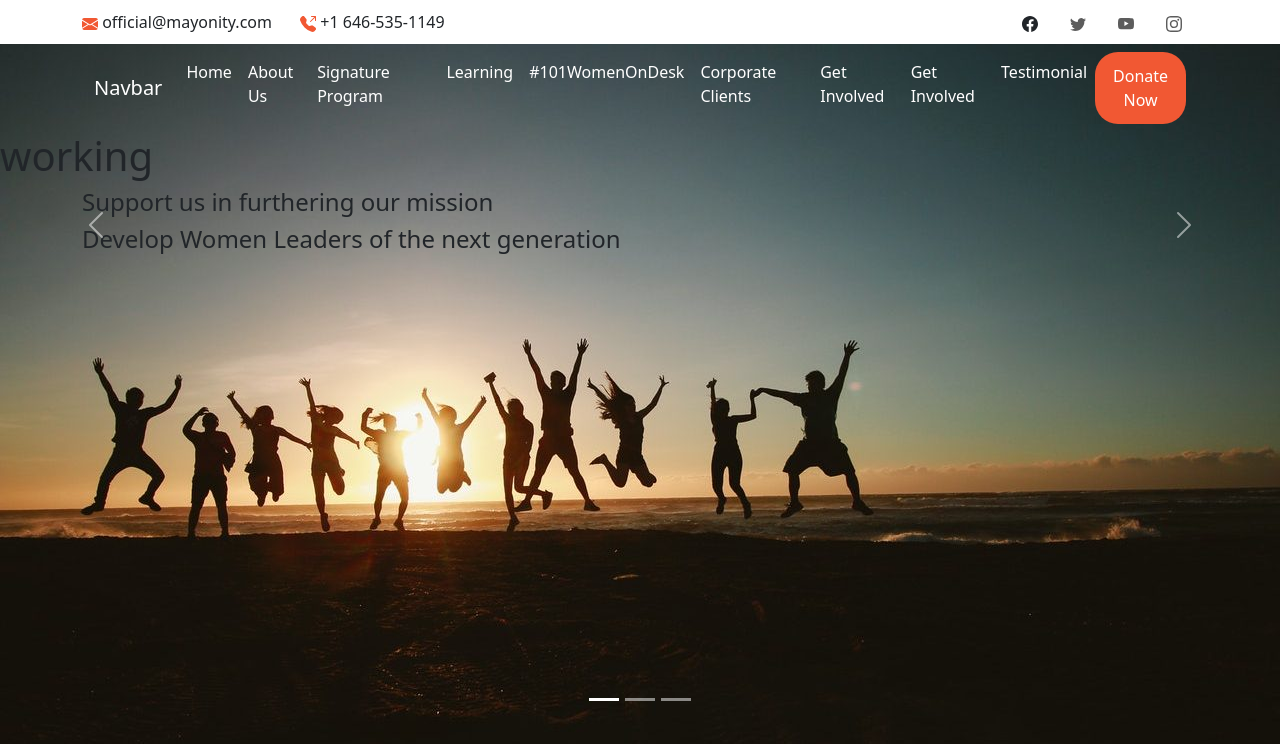
Repository: rizwan-zafar/wings
Page: /
These files come from the project's save history. The page is drawn as it stood at one moment and after the next save; the edit follows.
The browser window is 1280 px wide. The pictures show the whole page.
The project was rebuilt for these pictures with package versions that can differ from the ones it lists, and the page was loaded fresh each time.

Above is the page before, as saved 2022-11-26 22:19:59.

### public/index.html
<!DOCTYPE html>
<html lang="en">
  <head>
    <meta charset="utf-8" />
    <link rel="icon" href="%PUBLIC_URL%/favicon.ico" />
    <meta name="viewport" content="width=device-width, initial-scale=1" />
    <meta name="theme-color" content="#000000" />
    <meta
      name="description"
      content="Web site created using create-react-app"
    />
    <link rel="apple-touch-icon" href="%PUBLIC_URL%/logo192.png" />
    <!--
      manifest.json provides metadata used when your web app is installed on a
      user's mobile device or desktop. See https://developers.google.com/web/fundamentals/web-app-manifest/
    -->
    <link rel="manifest" href="%PUBLIC_URL%/manifest.json" />
    <!--
      Notice the use of %PUBLIC_URL% in the tags above.
      It will be replaced with the URL of the `public` folder during the build.
      Only files inside the `public` folder can be referenced from the HTML.

      Unlike "/favicon.ico" or "favicon.ico", "%PUBLIC_URL%/favicon.ico" will
      work correctly both with client-side routing and a non-root public URL.
      Learn how to configure a non-root public URL by running `npm run build`.
    -->
    <title>Wings</title>
  </head>
  <body>
    <noscript>You need to enable JavaScript to run this app.</noscript>
    <div id="root"></div>
    <!--
      This HTML file is a template.
      If you open it directly in the browser, you will see an empty page.

      You can add webfonts, meta tags, or analytics to this file.
      The build step will place the bundled scripts into the <body> tag.

      To begin the development, run `npm start` or `yarn start`.
      To create a production bundle, use `npm run build` or `yarn build`.
    -->
  </body>
</html>

### src/index.js
import React from 'react';
import ReactDOM from 'react-dom/client';
import './index.css';
import App from './App';
import "../node_modules/bootstrap/dist/css/bootstrap.min.css"
import "../node_modules/bootstrap/dist/js/bootstrap.min.js"

const root = ReactDOM.createRoot(document.getElementById('root'));
root.render(
  <React.StrictMode>
    <App />
  </React.StrictMode>
);

// If you want to start measuring performance in your app, pass a function
// to log results (for example: reportWebVitals(console.log))
// or send to an analytics endpoint. Learn more: https://bit.ly/CRA-vitals

### src/index.css
html {
  margin: 0;
  padding: 0;
  font-family: -apple-system, BlinkMacSystemFont, 'Segoe UI', 'Roboto', 'Oxygen',
    'Ubuntu', 'Cantarell', 'Fira Sans', 'Droid Sans', 'Helvetica Neue',
    sans-serif;
  -webkit-font-smoothing: antialiased;
  -moz-osx-font-smoothing: grayscale;
}
.icons{
  color:#f15833 ;
}
.social-icons{
  color:#000000a3
}

### src/App.js
import Home from "./Pages/Home"
function App() {
  return (

    <>
      <Home />
    </>

  );
}

export default App;

### src/Pages/Home.js
import React from 'react'
import TopNavbar from "../Components/Topnavbar"
// import Navbar from "../Components/Navbar"
import Slider from "../Components/Slider"
export default function Home() {
    return (
        <div>
            <TopNavbar />
            {/* <Navbar /> */}
            <Slider />
        </div>
    )
}

### src/Components/Topnavbar.js
import React from 'react'
import "../Css/Topnav.css"
import { EnvelopeFill, TelephoneOutboundFill, Twitter, Youtube, Instagram, Facebook } from "react-bootstrap-icons"
export default function Topnavbar() {
    return (
        <div className="top-bar container d-flex justify-content-between">
            <div>
                <span> <EnvelopeFill className="icons" /> official@mayonity.com</span>
                <span className="set-padding p-4"> <TelephoneOutboundFill className="icons ml-3" /> +1 646-535-1149</span>
            </div>
            <div>
                <span className="p-3 social-icons-"><Facebook /></span>
                <span className="p-3 social-icons"><Twitter /></span>
                <span className="p-3 social-icons"><Youtube /></span>
                <span className="p-3 social-icons"><Instagram /></span>
            </div>
        </div>
    )
}

### src/Components/Slider.js
import React from 'react'
import "../Css/Slider.css"
import Navbar from "../Components/Navbar"
export default function Slider() {
    return (
        <div className="set-slider">
            <Navbar />
            <h1>working</h1>
            <div id="carouselExampleCaptions" className=" carousel slide" data-bs-ride="false">
                <div className="carousel-indicators">
                    <button type="button" data-bs-target="#carouselExampleCaptions" data-bs-slide-to="0" className="active" aria-current="true" aria-label="Slide 1"></button>
                    <button type="button" data-bs-target="#carouselExampleCaptions" data-bs-slide-to="1" aria-label="Slide 2"></button>
                    <button type="button" data-bs-target="#carouselExampleCaptions" data-bs-slide-to="2" aria-label="Slide 3"></button>
                </div>
                <div className="carousel-inner container">
                    <div className="carousel-item active">
                        {/* <img src="https://thumbs.dreamstime.com/b/happy-active-kids-group-six-boys-team-sitting-grass-balls-smiling-sunny-summer-day-33824066.jpg" className="d-block w-100" alt="..." /> */}
                        <div>
                            <h4>Support us in furthering our mission</h4>
                            <h4>Develop Women Leaders of the next generation</h4>
                        </div>
                    </div>
                </div>
                <div>
                    <button className="carousel-control-prev" type="button" data-bs-target="#carouselExampleCaptions" data-bs-slide="prev">
                        <span className="carousel-control-prev-icon" aria-hidden="true"></span>
                        <span className="visually-hidden">Previous</span>
                    </button>
                    <button className="carousel-control-next" type="button" data-bs-target="#carouselExampleCaptions" data-bs-slide="next">
                        <span className="carousel-control-next-icon" aria-hidden="true"></span>
                        <span className="visually-hidden">Next</span>
                    </button>
                </div>
            </div>
        </div>
    )
}

### src/Css/Topnav.css
.top-bar{
background-color: #fff;
padding: 10px;
}
.nav-container .btn
{
    background: #f15833;
    border-radius: 23px;
    color: white;
    padding: 11px;
    font-weight: 500;
}
 .nav-container nav ul li a
{
    color:  white;
}

### src/Css/Slider.css
.set-slider{
    background-image: url("/public/Images/header.jpg");
    background-size: cover;
    background-repeat: no-repeat;
    height: 700px;
}
.set-slider .carousel-indicators{
    top:500px
}

### src/Components/Navbar.js
import React from 'react'

export default function Navbar() {
    return (
        <div className="nav-container container">
        <nav className="navbar navbar-expand-lg navbar-dark">
  <div className="container-fluid">
    <a className="navbar-brand" href="/">Navbar</a>
    <button className="navbar-toggler" type="button" data-bs-toggle="collapse" data-bs-target="#navbarNav" aria-controls="navbarNav" aria-expanded="false" aria-label="Toggle navigation">
      <span className="navbar-toggler-icon"></span>
    </button>
    <div className="collapse navbar-collapse" id="navbarNav">
      <ul className="navbar-nav ms-auto">
        <li className="nav-item">
          <a className="nav-link active" aria-current="page" href="/">Home</a>
        </li>
        <li className="nav-item">
          <a className="nav-link" href="/">About Us</a>
        </li>
        <li className="nav-item">
          <a className="nav-link" href="/">Signature Program</a>
        </li>
        <li className="nav-item">
          <a className="nav-link" href="/">Learning</a>
        </li>
        <li className="nav-item">
          <a className="nav-link" href="/">#101WomenOnDesk</a>
        </li>
        <li className="nav-item">
          <a className="nav-link" href="/">Corporate Clients</a>
        </li>
        <li className="nav-item">
          <a className="nav-link" href="/">Get Involved</a>
        </li>
        <li className="nav-item">
          <a className="nav-link" href="/">Get Involved</a>
        </li>
        <li className="nav-item">
          <a className="nav-link" href="/">Testimonial</a>
        </li>
        <li className="nav-item">
          <a className="nav-link btn " href="/">Donate Now</a>
        </li>

      </ul>
    </div>
  </div>
</nav>
        </div>
    )
}

After the next save:
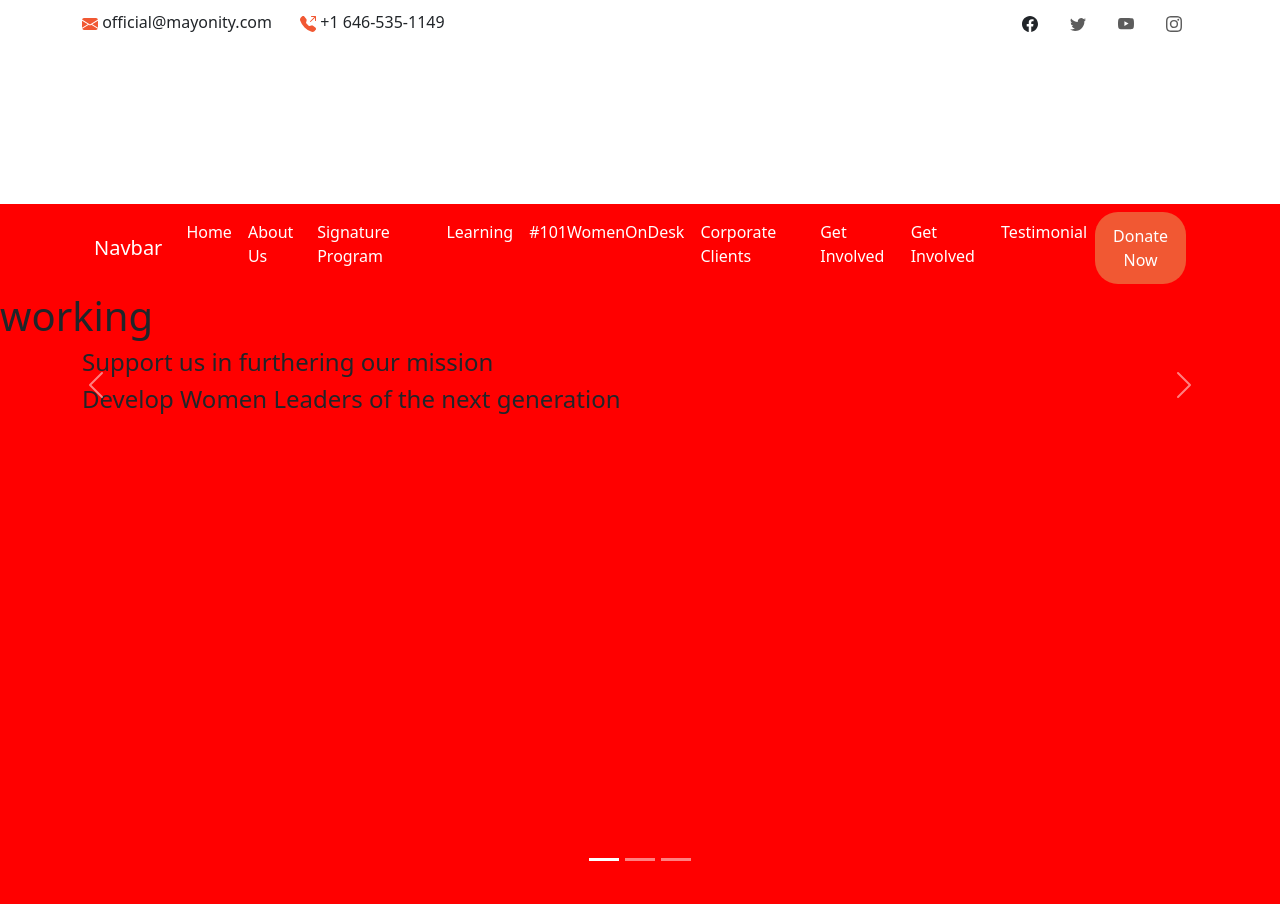
Saved 6 min 0 s later.
--- a/src/Css/Slider.css
+++ b/src/Css/Slider.css
@@ -7,3 +7,7 @@
 .set-slider .carousel-indicators{
     top:500px
 }
+.set-slider{
+    background: red;
+    margin-top: 160px;
+}
